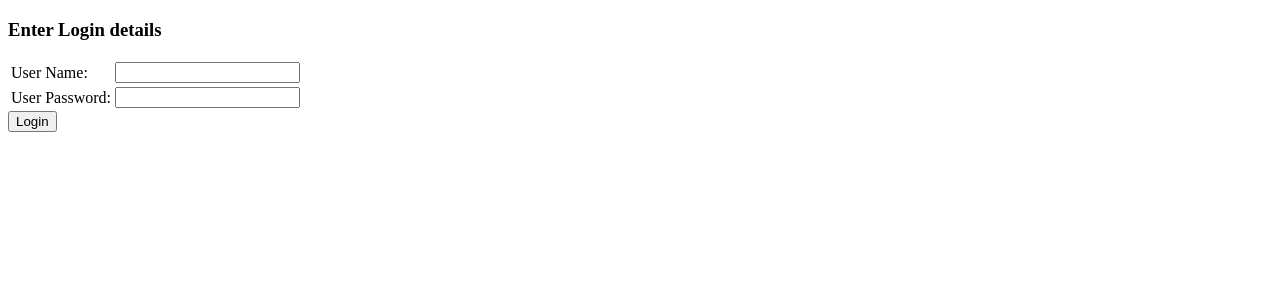
Repository: Kamleshmaury/CoreJava
Page: http://localhost/ServletLoginDemo/login.jsp
An editor plug-in stored every save of this project. The page is shown before and after the next save, followed by the edit.
The browser window is 1280 px wide. The pictures show the whole page.
The page is served by Tomcat 10. Other server files are loaded and not shown.

Above is the page before, as saved 2022-10-17 05:48:40.

### ServletLoginDemo/src/main/webapp/login.jsp
<%@ page language="java" contentType="text/html; charset=UTF-8"
	pageEncoding="UTF-8"%>
<!DOCTYPE html>
<html>
<head>
<meta charset="UTF-8">
<title>Login page</title>
</head>
<body>
	<form action="LoginServlet" method="post">
		<h3>Enter Login details</h3>

		<table>
			<tr>
				<td>User Name:</td>
				<td><input type="text" name="usName" /></td>
			</tr>
			<tr>
				<td>User Password:</td>
				<td><input type="password" name="usPass" /></td>
			</tr>

		</table>

		<input type="submit" value="Login" />



	</form>
</body>
</html>

After the next save:
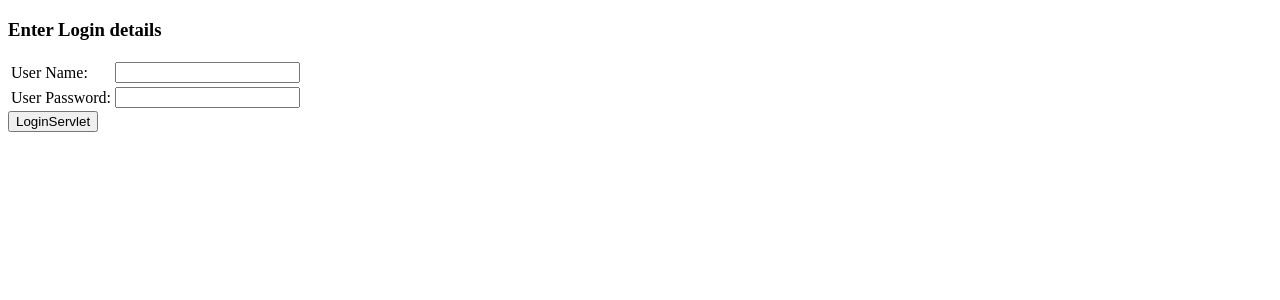
Saved 8 min 12 s later.
--- a/ServletLoginDemo/src/main/webapp/login.jsp
+++ b/ServletLoginDemo/src/main/webapp/login.jsp
@@ -22,7 +22,7 @@
 
 		</table>
 
-		<input type="submit" value="Login" />
+		<input type="submit" value="LoginServlet" />
 
 
 
